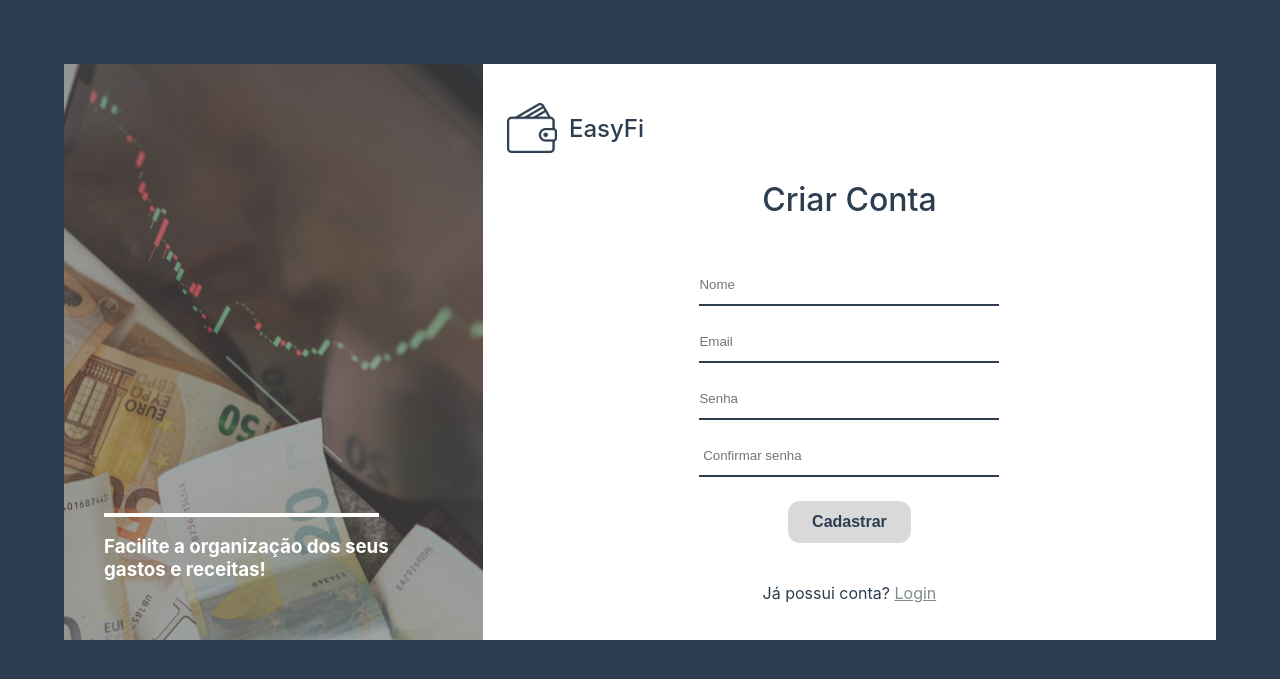
Repository: Ingridiag/projeto-engenharia
Page: cadastro.html
The author's editor kept a copy of each file at every save. The page is drawn from the files as they stood at one save, then again after the next save.
The browser window is 1280 px wide. The pictures show the whole page.

Above is the page before, as saved 2024-10-28 18:05:41.

After the next save:
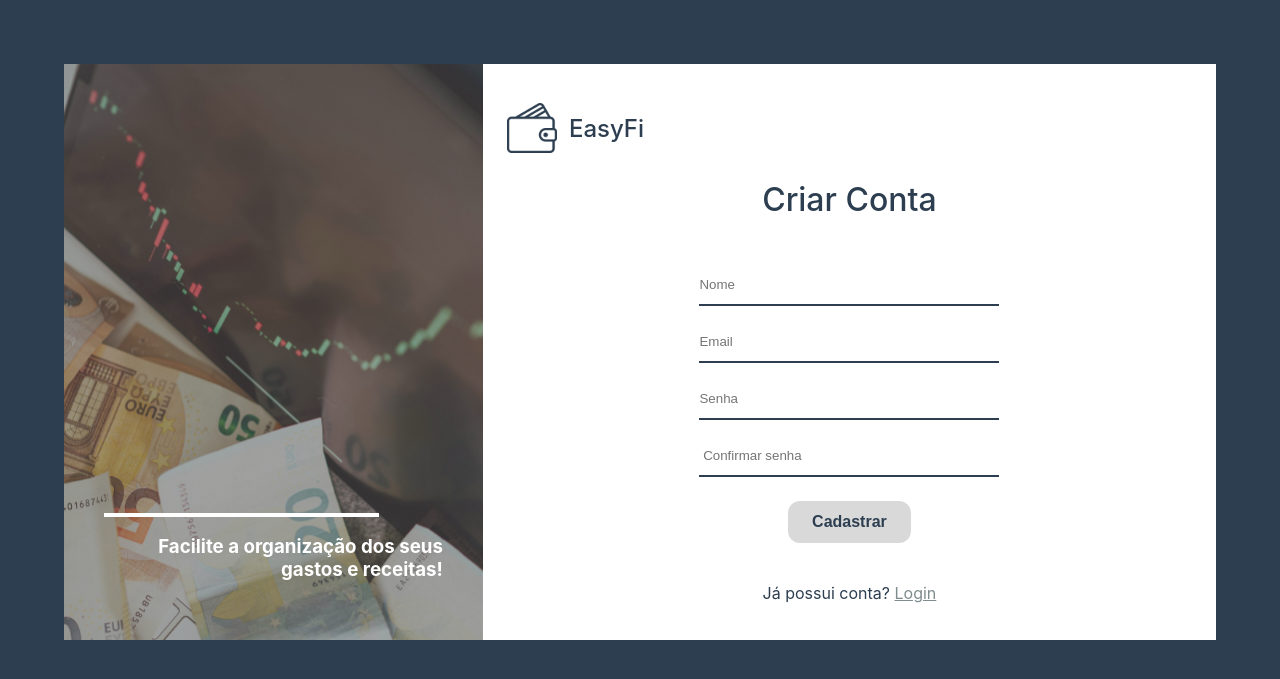
Saved 11 s later.
--- a/style.css
+++ b/style.css
@@ -125,9 +125,9 @@ body {
     margin-right: 1%;
 }
 
-.cadastro .decor {
+/* .cadastro .decor {
     text-align: start;
-}
+} */
 
 .cadastro .decor .mensagem hr{
     margin: 0;

After the save that followed:
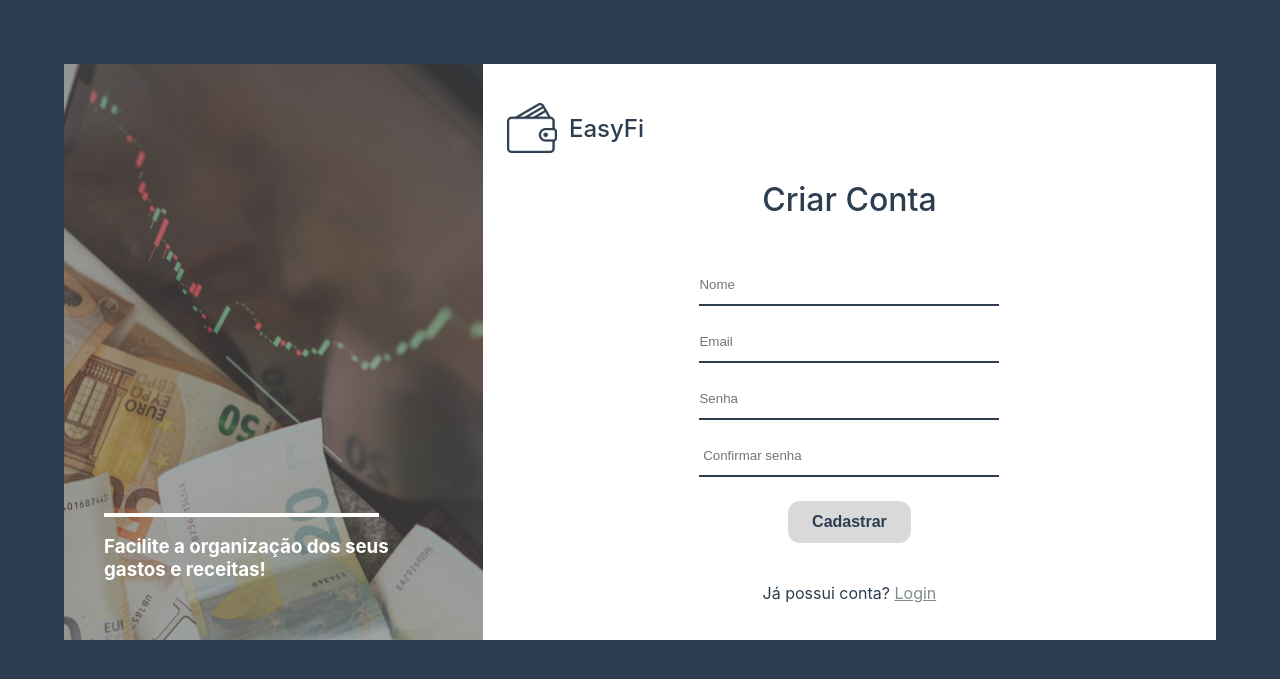
Saved 10 s later.
--- a/style.css
+++ b/style.css
@@ -125,9 +125,9 @@ body {
     margin-right: 1%;
 }
 
-/* .cadastro .decor {
+.cadastro .decor {
     text-align: start;
-} */
+}
 
 .cadastro .decor .mensagem hr{
     margin: 0;
